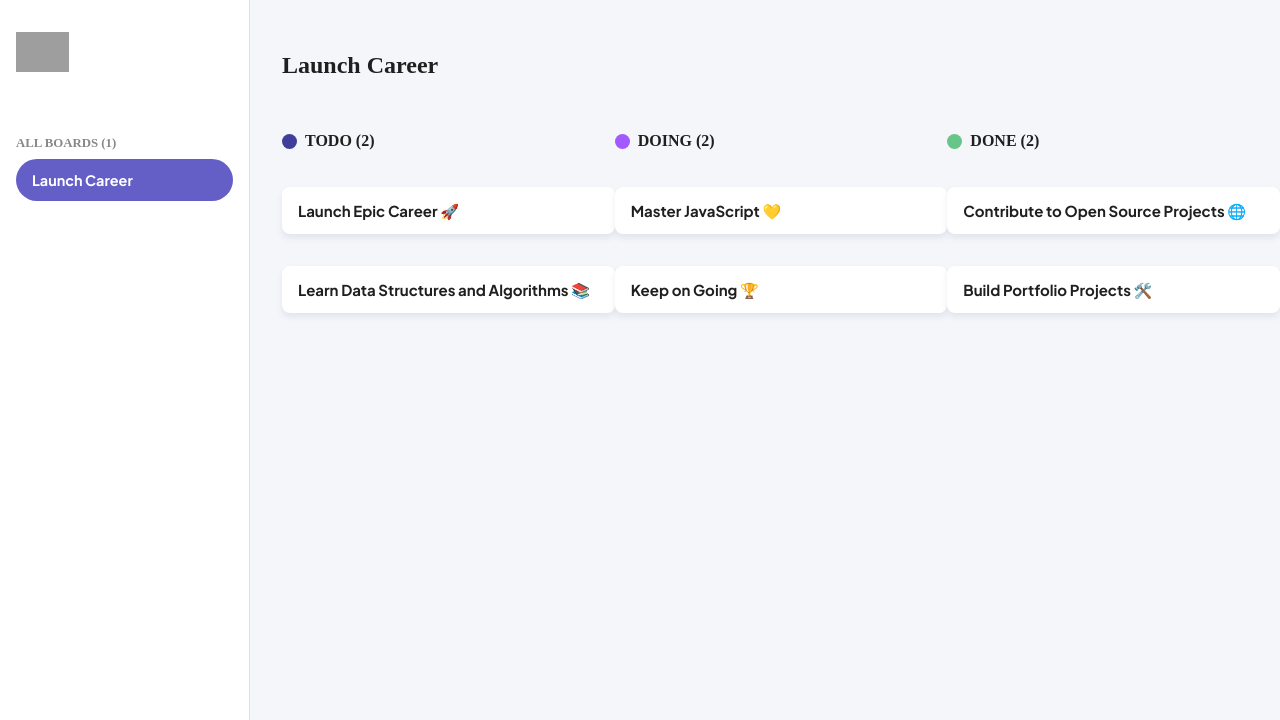
Repository: andajonas/ANDJON25111_fto2502_A2_Anda_Jonas_JSL01
Page: index.html
An editor plug-in stored every save of this project. The page is shown before and after the next save, followed by the edit.
The browser window is 1280 px wide. The pictures show the whole page.
Pictures or frames that could not be fetched are drawn as grey boxes.

Above is the page before, as saved 2025-04-25 13:07:36.

### index.html
<html lang="en">
  <head>
    <meta charset="UTF-8" />
    <meta name="viewport" content="width=device-width, initial-scale=1.0" />
    <title>Kanban Board</title>
    <link rel="stylesheet" href="style.css" />
  </head>

  <body>
    <div class="kanban-container">
      <!-- Sidebar -->
      <nav class="sidebar">
        <div class="logo">
      <img src="assets/logo-light.svg" alt="Kanban logo">
        </div>
        <div class="board-list">
          <h4>ALL BOARDS (1)</h4>
          <button class="board-btn">Launch Career</button>
        </div>
      </nav>

      <!-- Main Board Section -->
      <div class="main-board">
        <header class="board-header">
          <h2 class="board-title">Launch Career</h2>
          <div class="=divider"></div>
        </header>

        <main class="columns">
          <!-- TO DO Column -->
          <div class="column">
            <div class="column-header">
              <span class="dot todo"></span>
              <h4>TODO (2)</h4>
            </div>
            <div class="card-container">
              <div class="card">Launch Epic Career 🚀</div>
              <div class="card">Learn Data Structures and Algorithms 📚</div>
            </div>
          </div>

          <!-- DOING Column -->
          <div class="column">
            <div class="column-header">
              <span class="dot doing"></span>
              <h4>DOING (2)</h4>
            </div>
            <div class="card-container">
              <div class="card">Master JavaScript 💛</div>
              <div class="card">Keep on Going 🏆</div>
            </div>
          </div>

          <!-- DONE Column -->
          <div class="column">
            <div class="column-header">
              <span class="dot done"></span>
              <h4>DONE (2)</h4>
            </div>
            <div class="card-container">
              <div class="card">Contribute to Open Source Projects 🌐</div>
              <div class="card">Build Portfolio Projects 🛠️</div>
            </div>
          </div>
        </main>
      </div>
    </div>
  </body>
</html>

### style.css
@import url('https://fonts.googleapis.com/css2?family=Plus+Jakarta+Sans:wght@400;700&display=swap');
/* Base Styles */
body {
    margin: 0;
    font-family: "inter" sans-serif;
    background-color: #f5f6fa;
    color: #1f1f1f;
  }

  .kanban-container {
    display: grid;
    grid-template-columns: 250px 1fr;
    height: 100vh;
  }

  /* Sidebar */
  .sidebar {
    background-color: white;
    padding: 2rem 1rem;
    border-right: 1px solid #e0e0e0;
  }

  .logo img {
    height: 40px; /* adjust to match the Figma scale */
    margin-bottom: 2rem; /* space below the logo before "ALL BOARDS" */
  }


  .board-list h4 {
    font-size: 0.8rem;
    font-weight: 600;
    color: #888;
    margin: 2rem 0 0.5rem;
  }
  .board-btn {
    background-color: #635FC7;         /* Purple background */
    color: white;                      /* White text */
    border: none;
    padding: 0.75rem 1rem;
    font-weight: 600;
    border-radius: 24px;               /* Fully rounded look */
    cursor: pointer;
    text-align: left;
    width: 100%;
    font-family: 'Plus Jakarta Sans', sans-serif;
    font-size: 0.9rem;
    transition: background-color 0.2s ease;
  }

  .board-btn:hover {
    background-color: #847fda;         /* Slightly lighter on hover */
  }

  /* Main Content */
  .main-board {
    padding: 2rem;
    overflow-x: auto;
  }

  .board-title {
    font-size: 1.5rem;
    font-weight: 600;
    margin-bottom: 2rem;
  }

  /* Columns Layout */
  .columns {
    display: grid;
    grid-template-columns: repeat(3, 1fr);
    gap: 2rem;
  }

  /* Column */
  .column {
    display: flex;
    flex-direction: column;
  }

  /* Column Header */
  .column-header {
    display: flex;
    align-items: center;
    gap: 0.5rem;
    font-weight: 600;
    margin-bottom: 1rem;
  }

  .dot {
    width: 15px;
    height: 15px;
    border-radius: 50%;
  }

  .dot.todo {
    background-color: #3f3f99;
  }

  .dot.doing {
    background-color: #a259ff;
  }

  .dot.done {
    background-color: #67c587;
  }

  /* Cards */
  .card-container {
    display: flex;
    flex-direction: column;
    gap: 1rem;
  }

  .card {
      font-family: 'Plus Jakarta Sans', sans-serif;
      font-weight: 700;
      font-size: 15px;
      line-height: 1;
      padding: 1rem;
      background-color: white;
      border-radius: 8px;
      box-shadow: 0px 4px 6px rgba(54, 78, 126, 0.1);
      margin-bottom: 1rem;
      width: 100%;
      max-width: 301px;
    }

After the next save:
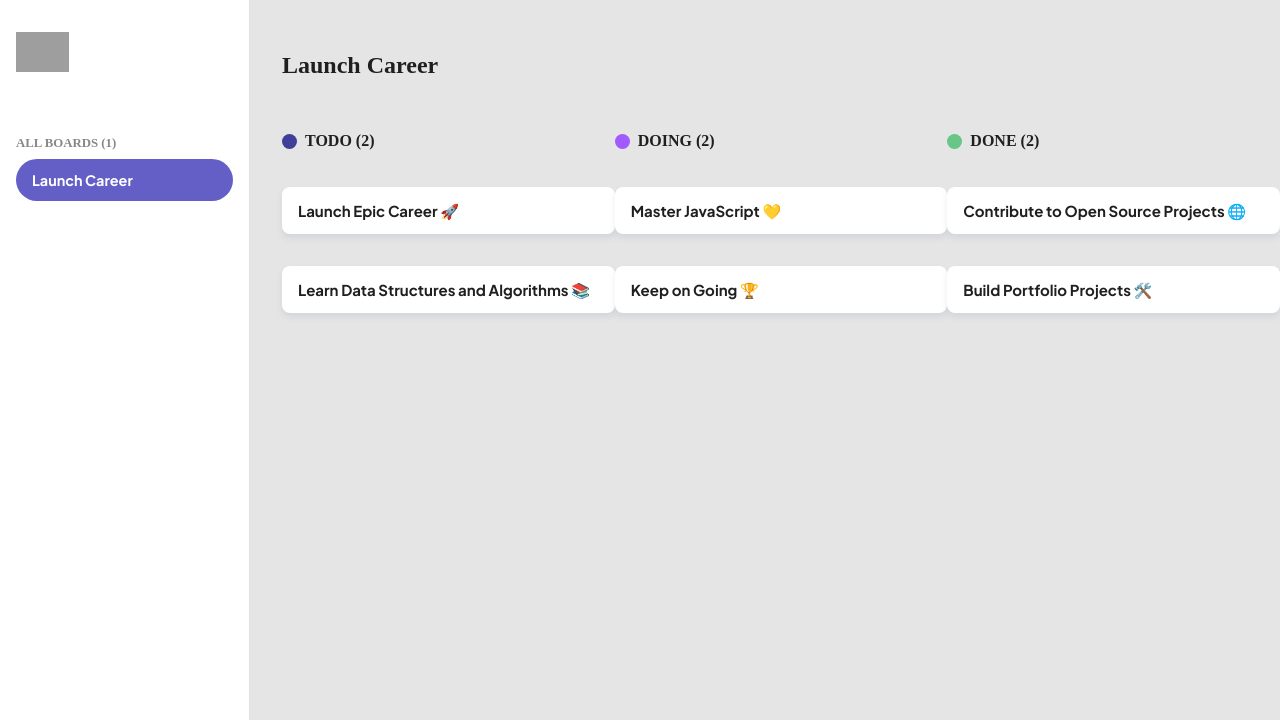
Saved 55 s later.
--- a/style.css
+++ b/style.css
@@ -4,6 +4,8 @@
     margin: 0;
     font-family: "inter" sans-serif;
     background-color: #f5f6fa;
+    background-color: rgba(0, 0, 0, 0.1);
+
     color: #1f1f1f;
   }
 

After the 2 saves that followed:
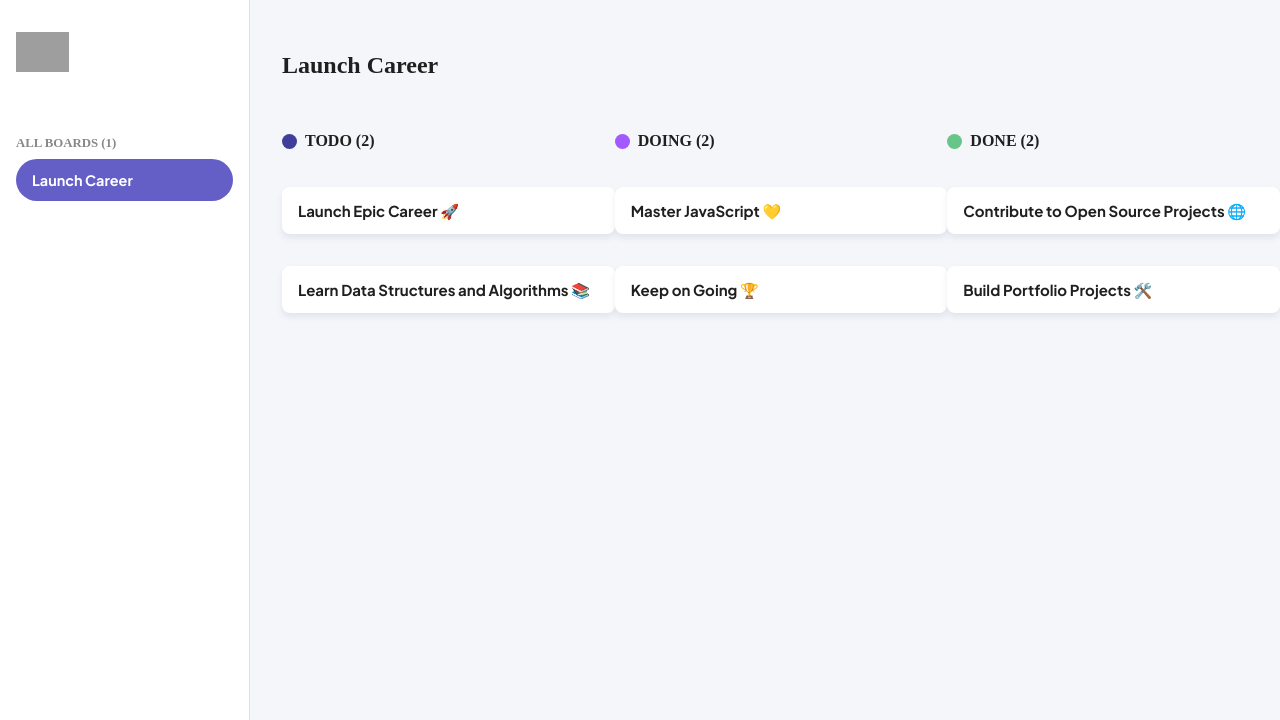
The 2 saves are shown as one change because they came seconds apart.
The last was saved 18 s later.
--- a/style.css
+++ b/style.css
@@ -4,8 +4,6 @@
     margin: 0;
     font-family: "inter" sans-serif;
     background-color: #f5f6fa;
-    background-color: rgba(0, 0, 0, 0.1);
-
     color: #1f1f1f;
   }
 
